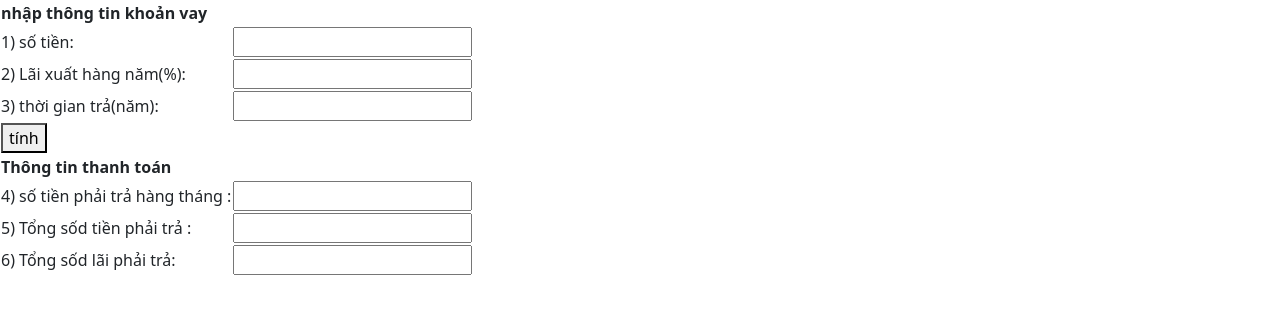
Repository: Lehuyhuynh/DOM
Page: BT2/index.html
These files come from the project's save history. The page is drawn as it stood at one moment and after a run of saves; the edit follows.
The browser window is 1280 px wide. The pictures show the whole page.

Above is the page before, as saved 2023-09-07 20:30:19.

### BT2/index.html
<!DOCTYPE html>
<html lang="en">
<head>
    <meta charset="UTF-8">
    <meta name="viewport" content="width=device-width, initial-scale=1.0">
    <title>BT2</title>
    <link rel="stylesheet" href="style.css">
    <link href="https://cdn.jsdelivr.net/npm/bootstrap@5.1.3/dist/css/bootstrap.min.css" rel="stylesheet" integrity="sha384-1BmE4kWBq78iYhFldvKuhfTAU6auU8tT94WrHftjDbrCEXSU1oBoqyl2QvZ6jIW3" crossorigin="anonymous">
</head>
<body>

  <form id="form">
    <table>
      <tr>
        <th>nhập thông tin khoản vay</th>
        <th colspan="1"></th>
      </tr>
      <tr>
        <td> <label for="money">1) số tiền:</label></td>
        <td><input type="text" id="money"></td>
      </tr>
      <tr>
        <td><label for="years">2) Lãi xuất hàng năm(%):</label></td>
        <td><input type="text" id="years"></td>
      </tr>
      <tr>
        <td><label  for="time">3) thời gian trả(năm):</label></td>
        <td><input type="text" id="time"></td>
      </tr>

      <tr>
        <td><button> tính </button></td>
      </tr>

      <tr>
        <th>Thông tin thanh toán</th>
        <th colspan="1"></th>
      </tr>
      <tr>
        <td>
          <label for="Monthly">4) số tiền phải trả hàng tháng :</label>
        </td>
        <td><input type="text" id="Monthly"></td>
      </tr>
      <tr>
        <td><label for="amount" >5) Tổng sốd tiền phải trả :</label></td>
        <td><input type="text" id="amount"></td>
      </tr>
      <tr>
        <td><label for="totalProfit">6) Tổng sốd lãi phải trả:</label></td>
        <td><input type="text" id="totalProfit"></td>
      </tr>


    </table>
  </form>


    <script src="script.js"></script>
    <script src="https://cdn.jsdelivr.net/npm/bootstrap@5.1.3/dist/js/bootstrap.bundle.min.js" integrity="sha384-ka7Sk0Gln4gmtz2MlQnikT1wXgYsOg+OMhuP+IlRH9sENBO0LRn5q+8nbTov4+1p" crossorigin="anonymous"></script>
</body>

Loaded but not shown: BT2/script.js (no copy from this time; the picture is the same without it); BT2/style.css (no stored copy; drawn as an empty file)

After the next 4 saves:
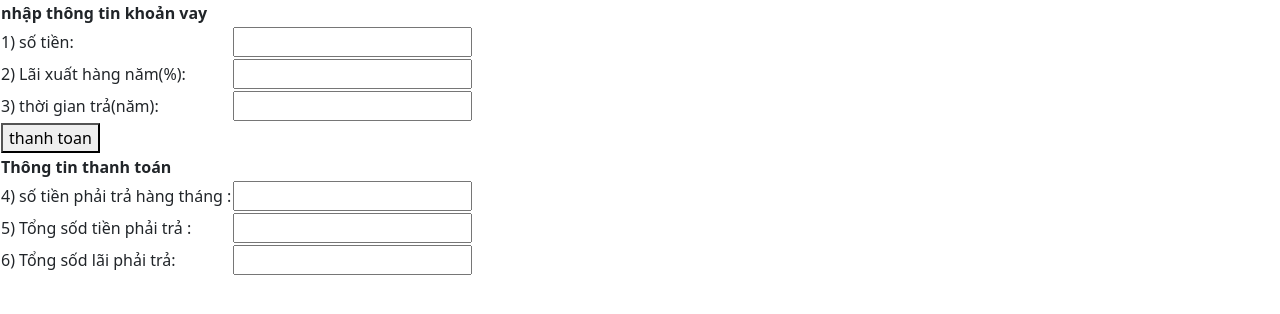
The 4 saves are shown as one change because they came seconds apart.
The last was saved 24 s later.
--- a/BT2/index.html
+++ b/BT2/index.html
@@ -29,7 +29,7 @@
       </tr>
 
       <tr>
-        <td><button> tính </button></td>
+        <td><button> thanh toan </button></td>
       </tr>
 
       <tr>
